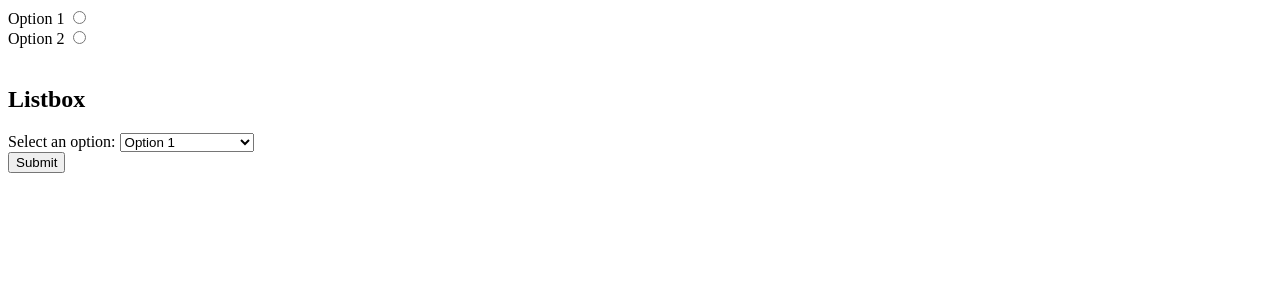
Repository: tranhuunghiem99/N_Auto_Checked
Page: test/index.html
These files come from the project's save history. The page is drawn as it stood at one moment and after a run of saves; the edit follows.
The browser window is 1280 px wide. The pictures show the whole page.

Above is the page before, as saved 2024-05-07 21:48:39.

After the next 2 saves:
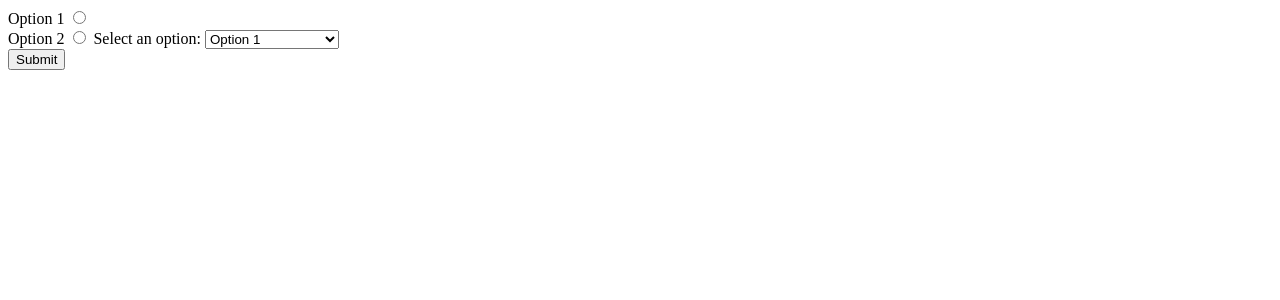
The 2 saves are shown as one change because they came seconds apart.
The last was saved 10 s later.
--- a/test/index.html
+++ b/test/index.html
@@ -56,10 +56,8 @@
       <br>
       <label for="option2">Option 2</label>
       <input type="radio" name="option" value="2" id="option2" required>
-      <br>
 
-      <br>
-      <h2>Listbox</h2>
+
       <label for="selection">Select an option:</label>
       <select name="selection" id="selection">
         <option value="1">Option 1</option>
